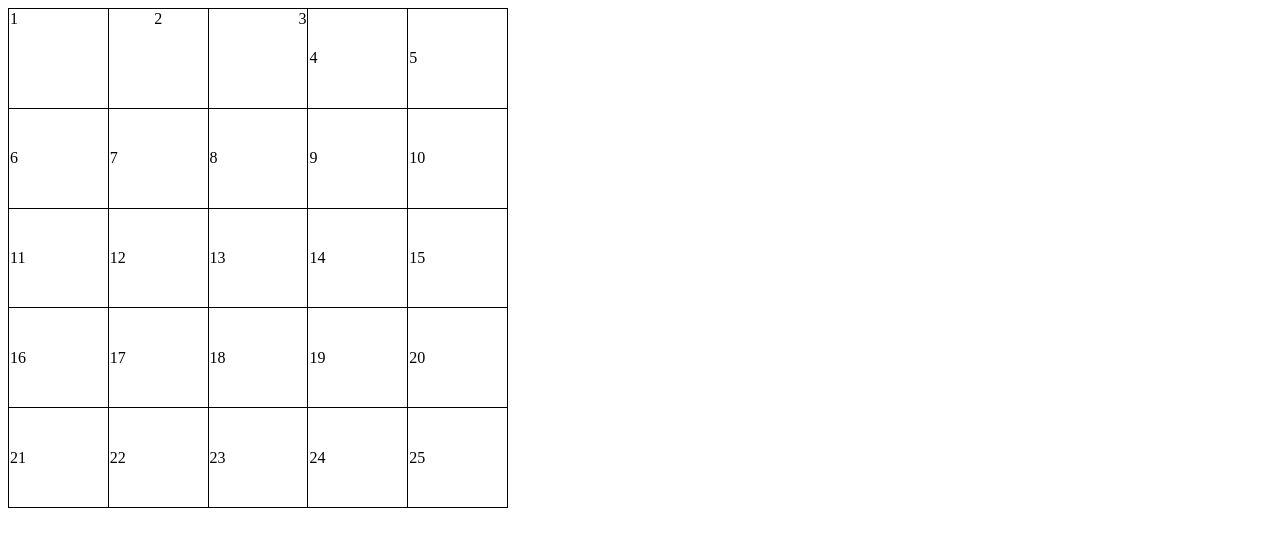
Repository: donggri1/WORKSPACE
Page: WebClass/webPro/src/main/webapp/html/days03/ex07_03.html
An editor plug-in stored every save of this project. The page is shown before and after the next save, followed by the edit.
The browser window is 1280 px wide. The pictures show the whole page.

Above is the page before, as saved 2024-03-26 05:17:55.

### WebClass/webPro/src/main/webapp/html/days03/ex07_03.html
<!DOCTYPE html>
<html>
<head>
<meta charset="UTF-8">
<title>Insert title here</title>
<link rel="shortcut icon" type="image/x-icon" href="http://localhost/webPro/images/SiSt.ico">

<style>
	table{
		width: 500px;
		height: 500px

	}
	table{
		border: 1px solid black;
		border-collapse: collapse;
	}
</style>
</head>
<body>
<!-- rowspan, colspan 설명-->

<table border="1">
	<tr>
		<td style="vertical-align: top;">1</td>
		<td style="vertical-align: top;text-align: center;">2</td>
		<td style="vertical-align: top;text-align: right ;">3</td>
		<td>4</td>
		<td>5</td>
	</tr>
	<tr>
		<td>6</td>
		<td>7</td>
		<td>8</td>
		<td>9</td>
		<td>10</td>
	</tr>
	<tr>
		<td>11</td>
		<td>12</td>
		<td>13</td>
		<td>14</td>
		<td>15</td>
	</tr>
	<tr>
		<td>16</td>
		<td>17</td>
		<td>18</td>
		<td>19</td>
		<td>20</td>
	</tr>
	<tr>
		<td>21</td>
		<td>22</td>
		<td>23</td>
		<td>24</td>
		<td>25</td>
	</tr>

</table>
</body>
</html>

After the next save:
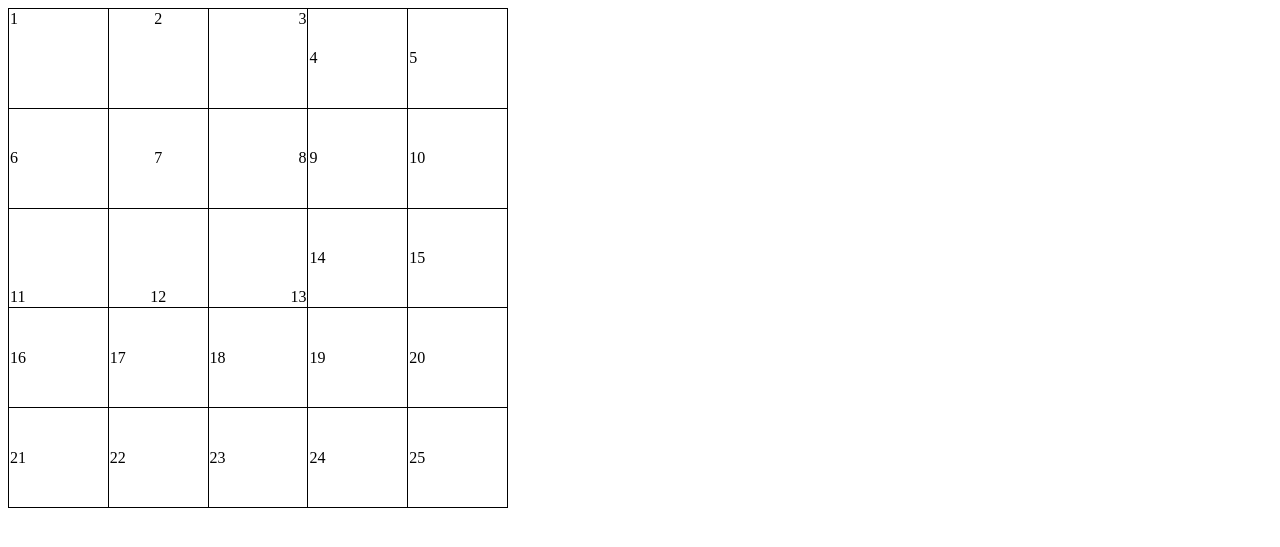
Saved 2 min 6 s later.
--- a/WebClass/webPro/src/main/webapp/html/days03/ex07_03.html
+++ b/WebClass/webPro/src/main/webapp/html/days03/ex07_03.html
@@ -29,16 +29,16 @@
 		<td>5</td>
 	</tr>
 	<tr>
-		<td>6</td>
-		<td>7</td>
-		<td>8</td>
+		<td style="text-align: left;">6</td>
+		<td style="text-align: center ;">7</td>
+		<td style="text-align: right ;">8</td>
 		<td>9</td>
 		<td>10</td>
 	</tr>
 	<tr>
-		<td>11</td>
-		<td>12</td>
-		<td>13</td>
+		<td style="vertical-align: bottom;text-align: left ;">11</td>
+		<td style="vertical-align: bottom;text-align: center ;">12</td>
+		<td style="vertical-align: bottom;text-align: right ;">13</td>
 		<td>14</td>
 		<td>15</td>
 	</tr>
